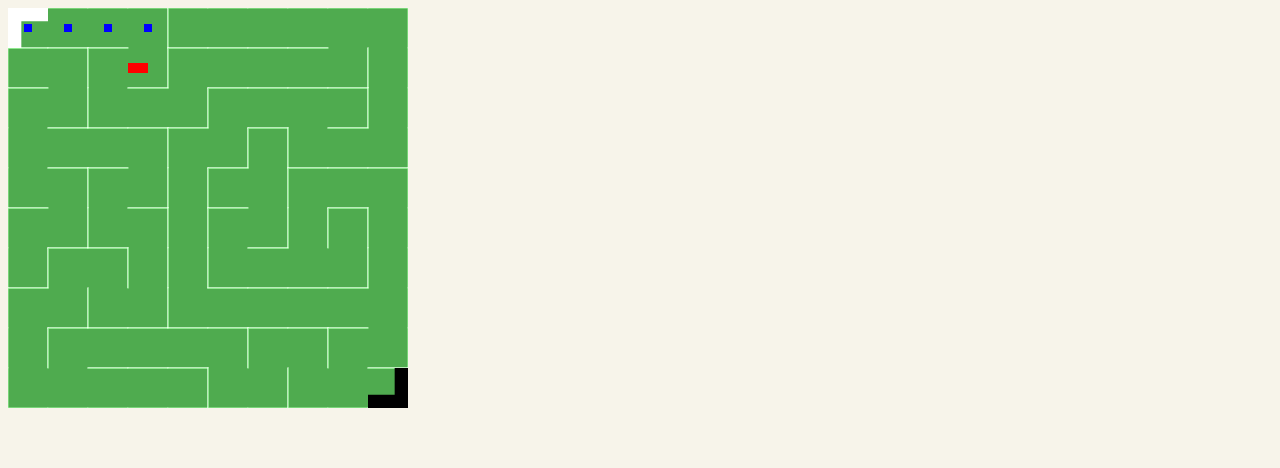
Repository: animarcus/maze-generator
Page: index.html
An editor plug-in stored every save of this project. The page is shown before and after the next save, followed by the edit.
The browser window is 1280 px wide. The pictures show the whole page.
Some web libraries are served in a nearby version.

Above is the page before, as saved 2020-09-12 20:12:36.

### index.html
<!DOCTYPE html>
<html lang="en">
<head>
  <link rel="apple-touch-icon" sizes="180x180" href="/icons/apple-touch-icon.png">
  <link rel="icon" type="image/png" sizes="32x32" href="/icons/favicon-32x32.png">
  <link rel="icon" type="image/png" sizes="16x16" href="/icons/favicon-16x16.png">
  <link rel="manifest" href="/icons/site.webmanifest">
  <link rel="mask-icon" href="/icons/safari-pinned-tab.svg" color="#5bbad5">
  <link rel="shortcut icon" href="/icons/favicon.ico">
  <meta name="msapplication-TileColor" content="#da532c">
  <meta name="msapplication-config" content="/icons/browserconfig.xml">
  <meta name="theme-color" content="#ffffff">

  <script type="text/javascript" src="https://cdn.jsdelivr.net/npm/p5@1.1.4/lib/p5.min.js"></script>
  <script src="js/cell.js"></script>
  <script src="js/sketch.js"></script>
  <script src="js/solver.js"></script>


  <link rel="stylesheet" href="css/style.css">
  <meta charset="UTF-8">
  <meta name="viewport" content="width=device-width, initial-scale=1.0, maximum-scale=1.0, user-scalable=0">
  <title>Maze Generator</title>
</head>
<body>
</body>
</html>

### js/cell.js
class Cell {
  constructor(i, j) {
    this.i = i;
    this.j = j;
    this.walls = [true,true,true,true];
    this.visited = false;
  }
  checkNeighbors() {
    let neighbors = [];
    // console.log(index(i+1  , j   ));
    let top     = grid[index(this.i    , this.j-1 )];
    let right   = grid[index(this.i+1  , this.j   )];
    let bottom  = grid[index(this.i    , this.j +1)];
    let left    = grid[index(this.i-1  , this.j   )];
    if (top && !top.visited) {
      neighbors.push(top);
    }
    if (right && !right.visited) {
      neighbors.push(right);
    }
    if (bottom && !bottom.visited) {
      neighbors.push(bottom);
    }
    if (left && !left.visited) {
      neighbors.push(left);
    }
    if (neighbors.length > 0) {
      let r = floor(Math.random() * neighbors.length);
      return neighbors[r];
    } else {
      return undefined;
    }
  }
  highlight() {
    let x = this.i * w;
    let y = this.j * w;
    fill(150, 0, 0, 255);
    noStroke();
    rect(x, y, w, w);
  }
  show() {
    let x = this.i*w;
    let y = this.j*w;
    stroke(255);
    if (this.walls[0]) {
      line(x,y,x+w,y);
    }
    if (this.walls[1]) {
      line(x+w,y,x+w,y+w);
    }
    if (this.walls[2]) {
      line(x+w,y+w,x,y+w);
    }
    if (this.walls[3]) {
      line(x,y+w,x,y);
    }
    if (this.visited) {
      noStroke();
      fill(100, 255, 100, 150);
      rect(x, y, w, w);
    }
  }
}

### js/sketch.js



let cols, rows;
let w = 40;
let grid = [];
let current;
let stack = [new Cell(0, 0)];

let generated;
let solveOK;

let exitPoint;

let solvedPath = [];

function setup() {
  createCanvas(400,400);
  cols = floor(width/w);
  rows = floor(width/w);
  console.log(rows, cols);
  exitPoint = [rows-1,cols-1];

  // frameRate(7);

  generated = false;
  solveOK = false;

  for (let j = 0; j < rows; j++) {
    for (let i = 0; i < cols; i++) {
      let cell = new Cell(i,j);
      grid.push(cell);
    }
  }
  current = grid[0];
}

function draw() {
  background(51);
  for (let i = 0; i < grid.length; i++) {
    grid[i].show();
  }
  solvedPath.forEach(maze.drawSolvedPath);

  if (!generated) {
    maze.generateMaze();
  } else if (solveOK) {
    if (solver.i === exitPoint[0] && solver.j === exitPoint[1]) {
      solver.i = 0;
      solver.j = 0;
      solvedPath = [];
    } else {
      maze.solveMaze();
    }
  }
}


let maze = {
  generateMaze : function() {
    current.visited = true;
    current.highlight();
    let next = current.checkNeighbors();
    // console.log(stack);
    if (next) {
      next.visited = true;
      //step 2
      stack.push(next);
      //step 3
      removeWalls(current, next);
      //step 4
      current = next;
    } else if (stack.length > 0) {
      current = stack.pop();
      if (stack.length == 0) {
        frameRate(3);
        solver = new Solver(0, 0);
        generated = true;

        solveOK = true;
      }
    }
  },
  solveMaze : function() {
    // grid[0].highlight();
    noStroke();
    fill(color("white"));
    rect(grid[0].i, grid[0].j, w/3, w);
    rect(grid[0].i, grid[0].j, w, w/3);
    fill(color("black"));
    rect(grid[grid.length-1].i*w + w, grid[grid.length-1].j*w + w, -w/3, -w);
    rect(grid[grid.length-1].i*w + w, grid[grid.length-1].j*w + w, -w, -w/3);

    fill(color("red"));
    // rect(solver.i+w/10,solver.j+w/10,w-w/5,w-w/5);
    solver.draw();
    solver.move();
  },
  drawSolvedPath : function(coords, index) {
    let x = coords.i;
    let y = coords.j;
    console.log(" ");
    console.log(x, y);
    fill(color("blue"));
    rect(x + w/2 - w/10, y + w/2-w/10, w/5, w/5);
  }
};


function index(i, j) {
  if (i < 0 || j < 0 || i > cols-1 || j > rows-1) {
    return -1;
  }
  return i + j * cols;
}


function removeWalls(a, b) {
  let x = a.i - b.i;
  if (x === 1) {
    a.walls[3] = false;
    b.walls[1] = false;
  } else if (x == -1) {
    a.walls[1] = false;
    b.walls[3] = false;
  }

  let y = a.j - b.j;
  if (y === 1) {
    a.walls[0] = false;
    b.walls[2] = false;
  } else if (y === -1) {
    a.walls[2] = false;
    b.walls[0] = false;
  }

}




function restartGame() {
  location.reload();
  return false;
}

### js/solver.js
let facing;
class Solver {
  constructor(x, y) {
    this.i = x;
    this.j = y;
    this.direction = 1; // up-right-down-left
  }
  draw() {
    this.current = grid[index(this.i, this.j)];

    fill(color("red"));
    // this.direction = Math.abs(this.direction);
    let x = this.i*w;
    let y = this.j*w;
    if (this.direction % 4 === 0) {
      this.facing = grid[index(this.i, this.j-1)];
      rect(x + w/2-w/8, y + w/2, w/4, -w/2);
    } else if (this.direction % 4 === 1) {
      rect(x + w/2, y + w/2-w/8, w/2, w/4);
      this.facing = grid[index(this.i+1, this.j)];
    } else if (this.direction % 4 === 2) {
      rect(x + w/2-w/8, y + w/2, w/4, w/2);
      this.facing = grid[index(this.i, this.j+1)];
    } else if (this.direction % 4 === 3) {
      rect(x + w/2, y + w/2-w/8, -w/2, w/4);
      this.facing = grid[index(this.i-1, this.j)];
    }
  }
  move() {
    solvedPath.push({"i" : this.i*w, "j" : this.j*w});
    // console.log(" ");
    if (this.current.walls[solveDirection(this.direction)] ||
        (this.facing.i === undefined || this.facing.j === undefined)) {//iswallfront
      // console.log("wall in front"); // wall in front

      if (this.current.walls[solveDirection(this.direction + 1)]) {//iswallright
        // console.log("wall on right", solveDirection(this.direction -1)); // wall on right
        if (this.current.walls[solveDirection(this.direction - 1)]) { //iswallleft
          // console.log("wall on left");
          this.direction += 1;//turn right
        } else {
          this.direction -= 1;//turn left
        }

      } else { //turn right
        this.direction += 1;
      }
    } else {//nowallfront
      this.i = this.facing.i;
      this.j = this.facing.j;
      this.current = grid[index(this.i, this.j)];
      if (!this.current.walls[solveDirection(this.direction + 1)]) {
        this.direction += 1;
      }
    }
    // up wall check : this.current.walls[0] && this.facing.walls[2]
    // right wall check : this.current.walls[1] && this.facing.walls[3]
    // down wall check : this.current.walls[2] && this.facing.walls[0]
    // left wall check : this.current.walls[3] && this.facing.walls[1]
  }
}


function solveDirection(dir) {
  if (dir < 0) {
    dir += 4;
  }
  if (dir % 4 === 0) {
    dir = 0;
  } else if (dir % 4 === 1) {
    dir = 1;
  } else if (dir % 4 === 2) {
    dir = 2;
  } else if (dir % 4 === 3) {
    dir = 3;
  }
  return dir;
}

### css/style.css
* {
  cursor: default;
  /* -webkit-touch-callout: none;
  -webkit-user-select: none;
  -khtml-user-select: none;
  -moz-user-select: none;
  -ms-user-select: none;
  user-select: none; */
}
body {
  background: #f7f4ea;
  height: 100%;
  overflow-y: hidden;
  overflow-x: hidden;
  /* border-radius: 50%; */
}

/* p {
  position: absolute;
  top:50%;
  left:50%;
  transform: translate(-50%,-50%);
} */

After the next save:
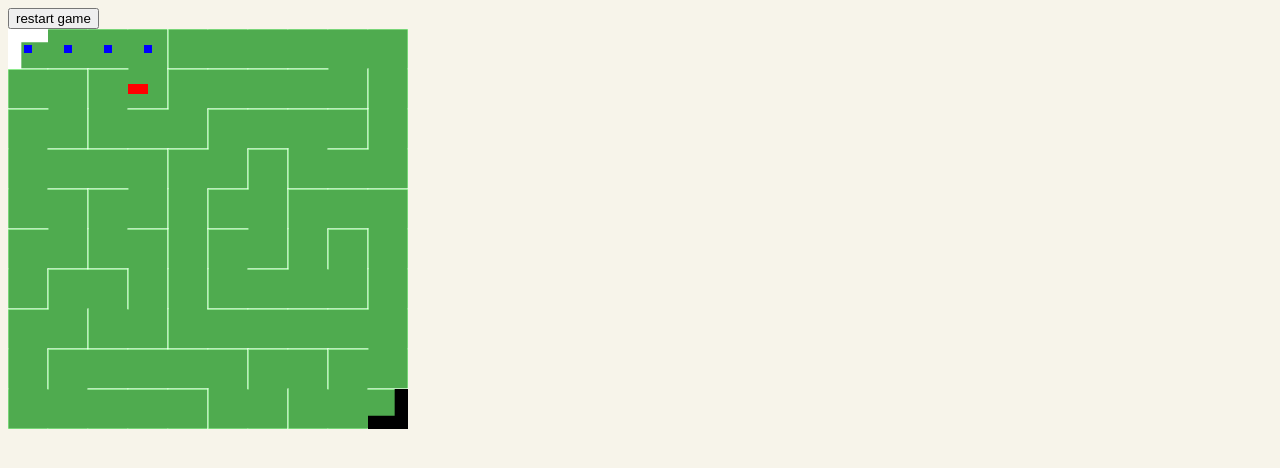
Saved 12 s later.
--- a/index.html
+++ b/index.html
@@ -21,6 +21,7 @@
   <meta charset="UTF-8">
   <meta name="viewport" content="width=device-width, initial-scale=1.0, maximum-scale=1.0, user-scalable=0">
   <title>Maze Generator</title>
+  <button>restart game</button>
 </head>
 <body>
 </body>
